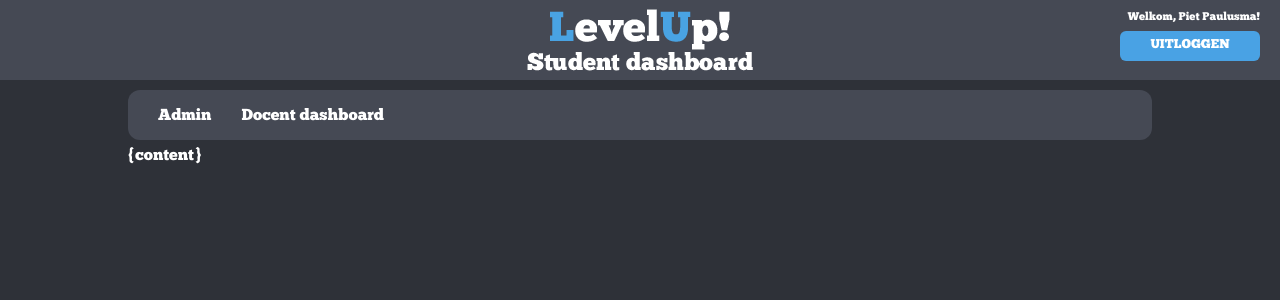
Repository: boblanckenburg/levelup
Page: website/src/index.html
These files come from the project's save history. The page is drawn as it stood at one moment and after the next save; the edit follows.
The browser window is 1280 px wide. The pictures show the whole page.

Above is the page before, as saved 2014-10-16 15:09:20.

After the next save:
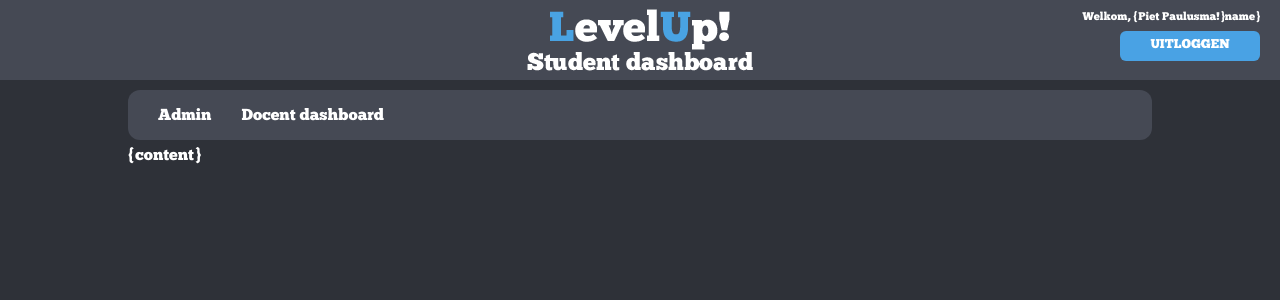
Saved 6 s later.
--- a/website/src/index.html
+++ b/website/src/index.html
@@ -21,7 +21,7 @@
 		<div class="dashboard">
 			<section class="header">
 				<div id="welcome">
-					<p>Welkom, Piet Paulusma!</p>
+					<p>Welkom, {Piet Paulusma!}name}</p>
 					<a href="">UITLOGGEN</a>
 				</div>
 			</section>
